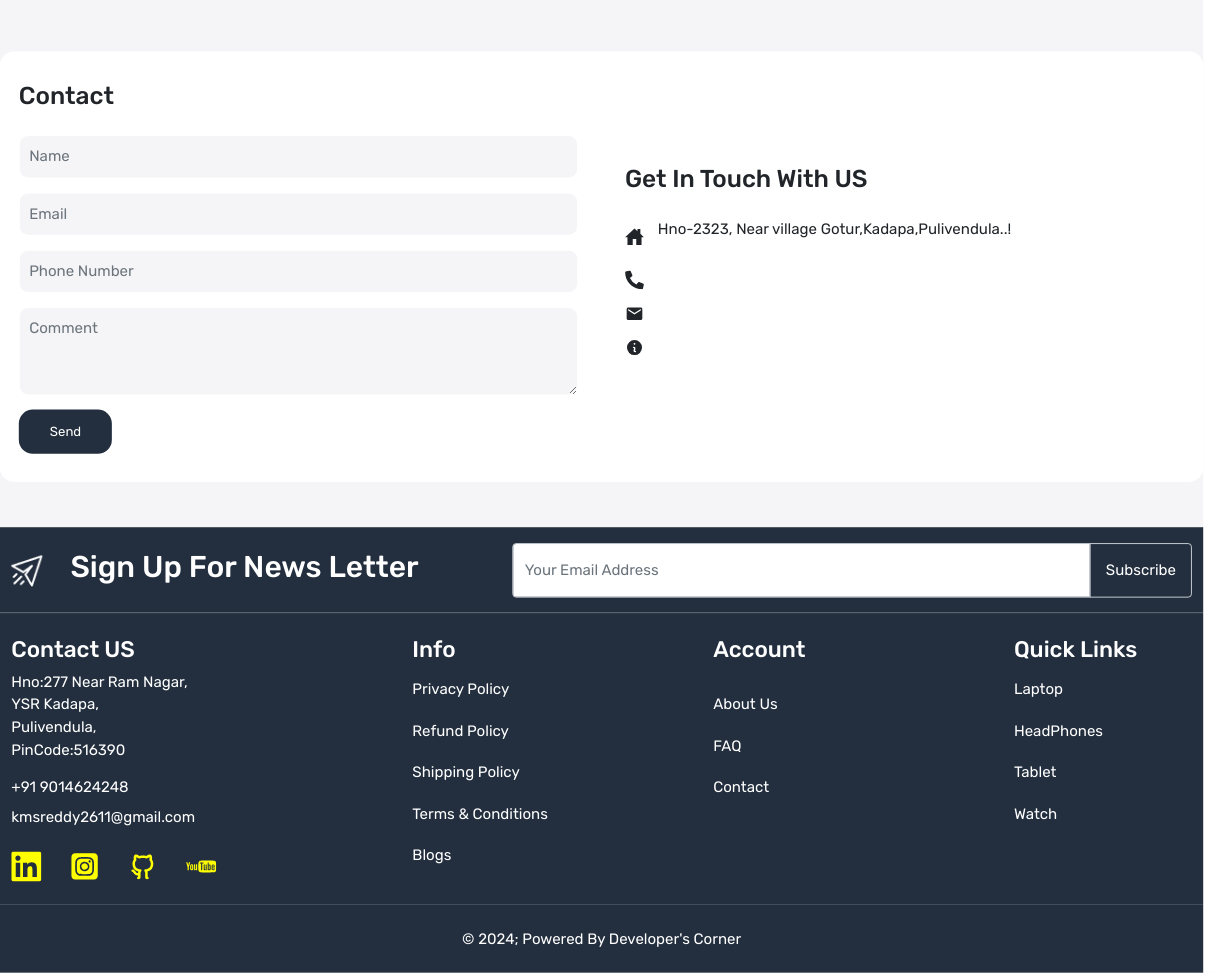
Repository: maniheist/ecommerce-app
Page: /contact
The author's editor kept a copy of each file at every save. The page is drawn from the files as they stood at one save, then again after the next save.
The browser window is 1280 px wide. The page is 1292 px wide, so the pictures cover 1292 px, including what lies to the right of the window. The pictures show the part of the page from y = 787 to 1822 px (the page is 1822 px tall), at 94% of full size.
The project was rebuilt for these pictures with package versions that can differ from the ones it lists, and the page was loaded fresh each time. Also part of the build but not shown: src/components/BlogCard.js, src/components/ProductCard.js, src/components/SpecialProduct.js, src/pages/Home.js, src/pages/About.js, src/pages/OurStore.js, src/pages/Blog.js.

Above is the page before, as saved 2024-02-19 22:07:42.

### public/index.html
<!DOCTYPE html>
<html lang="en">
  <head>
    <meta charset="utf-8" />
    <link rel="icon" href="%PUBLIC_URL%/favicon.ico" />
    <meta name="viewport" content="width=device-width, initial-scale=1" />
    <meta name="theme-color" content="#000000" />
    <meta
      name="description"
      content="Web site created using create-react-app"
    />
    <link rel="apple-touch-icon" href="%PUBLIC_URL%/logo192.png" />

    <link rel="preconnect" href="https://fonts.googleapis.com" />
    <link rel="preconnect" href="https://fonts.gstatic.com" crossorigin />
    <link
      href="https://fonts.googleapis.com/css2?family=Rubik:ital,wght@0,300..900;1,300..900&display=swap"
      rel="stylesheet"
    />
    <link
      href="https://cdn.jsdelivr.net/npm/bootstrap@5.0.2/dist/css/bootstrap.min.css"
      rel="stylesheet"
      integrity="sha384-EVSTQN3/azprG1Anm3QDgpJLIm9Nao0Yz1ztcQTwFspd3yD65VohhpuuCOmLASjC"
      crossorigin="anonymous"
    />
    <link rel="manifest" href="%PUBLIC_URL%/manifest.json" />

    <title>React Redux App</title>
  </head>
  <body>
    <noscript>You need to enable JavaScript to run this app.</noscript>
    <div id="root"></div>
    <script
      src="https://cdn.jsdelivr.net/npm/bootstrap@5.0.2/dist/js/bootstrap.bundle.min.js"
      integrity="sha384-MrcW6ZMFYlzcLA8Nl+NtUVF0sA7MsXsP1UyJoMp4YLEuNSfAP+JcXn/tWtIaxVXM"
      crossorigin="anonymous"
    ></script>
  </body>
</html>

### src/index.js
import React from 'react';
import { createRoot } from 'react-dom/client';

import App from './App';

const container = document.getElementById('root');
const root = createRoot(container);

root.render(

      <App />

);

### src/App.js
import React from 'react';
import './App.css';
import {BrowserRouter,Routes,Route} from "react-router-dom";
import Layout from "./components/Layout";
import Home from "./pages/Home"
import About from "./pages/About"
import Contact from "./pages/Contact"
import OurStore from './pages/OurStore';
import Blog from "./pages/Blog";
function App() {
  return (
    <>
      <BrowserRouter>
        <Routes>
        <Route path="/" element={<Layout />}>
<Route index element={<Home />} />
<Route path="about" element={<About />}/>
<Route path="contact" element={<Contact />}/>
<Route path="store" element={<OurStore />}/>
<Route path="blogs" element={<Blog />}/>


        </Route>

        </Routes>
      </BrowserRouter>
    </>

  );
}

export default App;

### src/App.css
*{
  margin:0;
  padding:0;
  box-sizing:border-box;
}
:root{
  --color-131921:#131921;
  --color-3b4149:#3b4149;
--color-febd69:#fedb69;
--color-232f3e:#232f3e;
--color-bf4800:#bf4800;
--color-f5f5f7:#f5f5f7;
--color-ededed:#ededed;
--color-777777:#777777;
--color-1c1b1b:#1c1b1b;
--color-f2f2f2:#f2f2f2;
}

.section-heading{
  font-size: 26px;
  line-height: 32px;
  font-weight: 500;
  margin-bottom: 30px;

}
.card-wrapper{
  background-color: white;
  box-shadow: 0 0 10px #0000001a;
  padding: 15px;
}

.button{
  background-color:var(--color-232f3e) ;
  color: white;
  padding: 13px 33px;
  font-size: 14px;
  border-radius: 15px;
}
.button:hover{
  background-color: var(--color-febd69);
  color:#131921
}
body {
  font-family:"Rubik", sans-serif;
}
a {
  text-decoration:none;
  display:inline-block;
}

.form-control:focus{
  box-shadow:none;
  border-color: inherit;
}

/*header part*/
.header-top-strip{
  border-bottom: 1px solid var(--color-3b4149);
  background-color:var(--color-131921) ;
}

.header-upper{
  background-color: var(--color-131921);
}

.header-bottom{
  background-color: var(--color-232f3e);
}

.header-upper .input-group-text{
  background-color: var(--color-febd69);
}

.header-upper.header-upper-links img{
  width:35px;
  height: 35px;
}

.gap-10{
  gap: 10px;
}


.gap-15{
  gap: 15px;
}

.gap-30{
  gap: 30px;
}
.header-bottom .menu-links a,
.header-bottom .dropdown button
{
  color: white;
  font-size: 14px;
  line-height: 18px;
  font-weight: 480;
  letter-spacing:0.3;
  text-transform: uppercase;
}

.header-bottom .dropdown button:focus{
  box-shadow: none;
}

.header-bottom .dropdown-menu{
  background-color: var(--color-131921);
  width:100%;
  transform: translate3d(0px,57px,0px) !important;
}

.header-bottom .dropdown-item{
  padding:20px;
  margin-bottom: 3px;
  border-bottom: 1px solid var(--color-3b4149)
  ;

}
.header-bottom .dropdown-item:hover{
  background-color: transparent;
  color: var(--color-febd69) !important;
}
/*header part end */


/*footer part  */

footer{
  background-color: var(--color-232f3e);
}



footer:not(:first-child){
  border-top:1px solid rgba(255,255,255,0.1);

}

footer .input-group-text{
  background-color: var(--color-232f3e);
  color:white;
  padding:8px 17px;
}
/* footer part end */

/*Home page*/

.main-banner-content{
  top:15%;
  left:5%;
}

.main-banner-content h4{

  font-size: 19px;
  font-weight: 400;
  line-height: 24px;
  color:var(--color-bf4800);
  margin: 0 0 12px;
  letter-spacing: 0.3px;
  text-transform: uppercase;

}

.main-banner-content h5{
  font-size: 52px;
  font-weight: 500;
  line-height: 64px;
  letter-spacing: -2px;
  text-transform: none;

}

.main-banner-content p{
  font-size: 18px;
  line-height: 28px;
  letter-spacing: 0.4px;
  font-weight: 100;
  color: var(--color-131921);
}


.small-banner-content{
  top:25%;
  left:10%;
}

.small-banner-content h4{

  font-size: 21px;
  font-weight: 400;
  line-height: 24px;
  color:var(--color-bf4800);
  margin: 0 0 12px;
  letter-spacing: 0.3px;
  text-transform: uppercase;
}
.small-banner-content h5{
  font-size: 33px;
  font-weight: 500;
  line-height: 34px;
  letter-spacing: -2px;
  text-transform: none;

}

.small-banner-content p{
  font-size: 18px;
  line-height: 28px;
  letter-spacing: 0.4px;
  font-weight: 100;
  color: var(--color-131921);
}

.small-banner{
  width: 49%;

}


/* Home wrapper 2 */

.home-wrapper-2{
  background-color: var(--color-f5f5f7);

}

/* Home wrapper 2 ends */

/* categories section */

.categories{
  background-color: white;
  box-shadow: 0 0 10px #0000001a;
  padding: 15px;
}

.categories > div{
  width:25%;
  padding: 10px 10px 10px 20px;
}

.categories > div:nth-child(1),
.categories > div:nth-child(2),
.categories > div:nth-child(3),
.categories > div:nth-child(4){
  border-bottom: 1px solid var(--color-ededed) ;
}

.categories>div>div{
  width:60%
}

.categories > div:nth-child(1),
.categories > div:nth-child(2),
.categories > div:nth-child(3){
  border-right: 1px solid var(--color-ededed) ;
}

.categories > div:nth-child(5),
.categories > div:nth-child(6),
.categories > div:nth-child(7){
  border-right: 1px solid var(--color-ededed) ;
}
/* categories end */

/* Home Page End */


/* Blogcard */

.blog-card{
  background-color: white;
  padding:20px;
  border-radius:10px;
}

.blog-card img{
  border-top-left-radius:10px;
  border-top-right-radius:10px;
}

.blog-content{
  padding: 15px;

}

.blog-contentp.date{
  font-size: 13px;
  line-height: 24px;
  text-transform: uppercase;
  letter-spacing: 0;
  font-weight: 400;
  color: var(--color-777777);
  padding: 0;

}

.blog-content h5{
  font-size: 18px;
  color: var(--color-131921);
}


.blog-content p.desc{
  font-size: 13px;
  line-height: 22px;
  color: var(--color-777777);
}
/*Blogcard ends*/


/* product card */

.product-card{
  padding: 15px;
  background-color: white;
  border-radius: 13px;
overflow:hidden;
width: 100%;
}

.product-card .product-image{
  height: 270px;
}

.product-card .product-image img{
  object-fit: contain;
}
.product-card .product-image> img:last-child{
  display: none;
}
.product-card:hover .product-image > img:nth-child(1){
display: none;

}
.product-card:hover .product-image>img:last-child{
  display: block;


}



.product-card:hover .action-bar{
  right: 15px;

}
.product-card .product-details h6 {
  color:var(--color-bf4800);
  font-size: 13px;



}


.product-card .product-details h5{
  font-size: 15px;
  color: var(--color-1c1b1b);
}

.product-card.product-details p.price{
  font-size: 16px;
  color: var(--color-1c1b1b);
}

.product-card p.description{
  font-size: 13px;
  color: var(--color-777777);
  margin-right: 20px;
}

.action-bar{
  top: 10%;
  right:-23px;
  transition: 0.3s;
}


.wishlist-icon{
  top: 2%;
  right:15px;

}
/* product card ends */

/* special product */

.special-product-card{
  padding:20px 10px;
  border-radius: 10px;
  background-color: white;
}

.special-product-card .badge{
  background-color:#eb353b !important;
}


/* special product ends */

/* famous start */

.famous-card .famous-content{
  top: 10%;
  left: 5%;

}

.famous-card img{
  border-radius: 10px;
}

.famous-content h5{
  font-size: 13px;
  line-height: 20px;
  font-weight: 400px;
  color: white;
  margin-bottom: 7px;
  text-transform: uppercase;

}
.famous-content h6{
  font-size: 24px;
  line-height: 38px;
  font-weight: 500;
  color: white;
}
.famous-content p{
  font-size: 16px;
  line-height: 24px;
  color: white;
  font-weight: 100;
}

/* famous ends */

/* Our Store Start */

.filter-card{
  background-color: white;
  border-radius: 10px;
  padding: 15px 15px 25px;
}

.filter-title{
  font-size: 16px;
  line-height: 20px;
  font-weight: 600;
  color: var(--color-1c1b1b);
  margin-bottom: 20px;
}

.filter-card ul,
.filter-card .form-check-label {
  list-style-type:none;
  font-size: 13px;
  line-height: 30px;
  color: var(--color-777777);
  cursor: pointer;
}

.filter-card .form-check-input:focus{
  box-shadow: none;
  border-color: rgba(0,0,0,0.25);
}
.filter-card .form-check-input:checked{
background-color: var(--color-febd69);
  border-color: var(--color-febd69);

}
.sub-title{
  font-size: 40px;
  font-weight: 600;
  color: var(--color-1c1b1b);
  margin-bottom: 15px;
  margin-top: 20px;
}

.colors{
  list-style-type: none;
  display: flex;
  flex-wrap: wrap;
  gap: 10px;
}
.colors .one{
  width: 20px;
  height: 20px;
  background-color: red;
  border-radius: 50%;
}
.colors .two{
  width: 20px;
  height: 20px;
  background-color: blue;
  border-radius: 50%;
}
.colors  .three{
  width: 20px;
  height: 20px;
  background-color: yellow;
  border-radius: 50%;
}
.colors  .four{
  width: 20px;
  height: 20px;
  background-color: pink;
  border-radius: 50%;
}
.colors  .five{
  width: 20px;
  height: 20px;
  background-color: black;
  border-radius: 50%;
}
.colors  .six{
  width: 20px;
  height: 20px;
  background-color: brown;
  border-radius: 50%;
}

.colors  .seven{
  width: 20px;
  height: 20px;
  background-color:chocolate;
  border-radius: 50%;
}

.random-products h5{
font-size: 14px;
margin-bottom: 8px;
}

.random-products:first-child{
  border-bottom: 1px solid var(--color-ededed);
}

.filter-sort-grid{
  padding: 10px;
  background-color: white;
  border-radius: 10px;
}

.grid img{
  width: 35px;
  height: 35px;
  background-color: var(--color-f2f2f2);
  padding: 8px;
  border-radius: 3px;
  cursor: pointer;
}
.grid img:hover{
  background-color:burlywood;
}

.g-12{
  width: 100%;

}
.gr-6{
  width: 49%;
}
.gr-4{
  width: 32%;
}
.gr-3{
  width: 24%;

}

.gr-12 .product-card{
  display: flex;
  gap:20px;
}
.gr-6 .product-image{
  width: 100%;
}
.gr-6 .product-image img{
  margin: auto;
  display: block;
}
.gr-12 .product-card .product-image{
  width: 270px;
}

.gr-12 .product-card .product-image{
  height: auto;
}
.gr-12 .action-bar{top: 17%;}


/* Our store ends */


/* contact us starts*/

.contact-inner-wrapper{
  padding:30px 20px;
  border-radius: 15px;
  background-color: white;
  gap:15px;
}
.contact-inner-wrapper>div{
  width: 48%;
}

.contact-title{
  font-size: 26px;
  font-weight: 500;
  line-height: 35px;
  text-align: left;

}

.contact-inner-wrapper form .form-control{
  background-color: var(--color-f5f5f7);
  border-radius: 10px;
  border-color: transparent;
  padding: 10px;
}

.contact-inner-wrapper ul{
  list-style: none;
}


/* contact us ends */

### src/components/Layout.js
import React from 'react'
import {Outlet} from "react-router-dom";
import Header from "./Header";
import Footer from "./Footer";
const Layout = () => {
  return (
    <>
            <Header />
            <Outlet />
            <Footer />

    </>
  )
}

export default Layout

### src/pages/Contact.js
import React from 'react'
import BreadCrumb from '../components/BreadCrumb'
import Meta from '../components/Meta';
import { IoHomeSharp } from "react-icons/io5";
import { FaPhoneAlt } from "react-icons/fa";
import { MdEmail } from "react-icons/md";
import { HiMiniInformationCircle } from "react-icons/hi2";
const Contact = () => {
  return <>
    <Meta title={"Contact Us"}></Meta>
    <BreadCrumb title='Contact Us'/>
    <div className='contact-wrapper py-5 home-wrapper-2'>
      <div container-xxl>
        <div className='row'>
          <div className='col-12'>
            <iframe src="https://www.google.com/maps/embed?pb=!1m18!1m12!1m3!1d15456.432357555697!2d78.21833090604169!3d14.420932058421547!2m3!1f0!2f0!3f0!3m2!1i1024!2i768!4f13.1!3m3!1m2!1s0x3bb3ebb7c5835cd9%3A0x3a4854affffebccd!2sPulivendula%2C%20Andhra%20Pradesh!5e0!3m2!1sen!2sin!4v1708358338706!5m2!1sen!2sin" width="600" height="450" className='border:0 w-100' allowFullScreen="" loading="lazy" referrerPolicy="no-referrer-when-downgrade"></iframe>
          </div>
          <div className='col-12 mt-5'>
            <div className='contact-inner-wrapper d-flex justify-content-between align-items-center'>
            <div><h3 className='contact-title mb-4'>Contact </h3>
            <form className='d-flex flex-column gap-15'>
              <div>
                <input type='text' className='form-control' placeholder='Name'></input>
              </div>
              <div>
                <input type='email' className='form-control' placeholder='Email'></input>
              </div>
              <div>
                <input type='tel' className='form-control' placeholder='Phone Number'></input>
              </div>
              <div>
                <textarea name='' className='form-control w-100' id='' cols="30" rows="3" placeholder='Comment'></textarea>
              </div>
              <div>
                <button className='button border-0'>Send</button>
              </div>
            </form>
            </div>
            <div>
            <h3 className='contact-title mb-4'>Get In Touch With US </h3>
            <div>
              <ul className='ps-0'>
                <li className='mb-3 d-flex gap-15 align-items-center'><IoHomeSharp className='fs-5'/>
                <address>Hno-2323, Near village Gotur,Kadapa,Pulivendula..! </address></li>
                <li className='mb-3 d-flex gap-15 align-items-center'><FaPhoneAlt className='fs-5'/></li>
                <li className='mb-3 d-flex gap-15 align-items-center'><MdEmail className='fs-5'/></li>
                <li className='mb-3 d-flex gap-15 align-items-center'><HiMiniInformationCircle className='fs-5'/></li>
              </ul>
            </div>
            </div>


            </div>
          </div>
        </div>
      </div>
    </div>
  </>
}

export default Contact

### src/components/Header.js
import React from 'react'
import {NavLink,Link} from "react-router-dom"
import {BsSearch} from "react-icons/bs"
const Header = () => {
  return <>
  <header className='header-top-strip py-3'>
    <div className='container-xxl'>
      <div className='row'>
        <div className='col-6'>
          <p className='text-white mb-0'>Free Shipping Over $100 & Free Return</p>
        </div>
        <div className='col-6'>
          <p className='text-end text-white mb-0'>
            Hotline:
            <a className='text-white' href='tel:+9014624248'>+91 9014624248</a>
          </p>
        </div>
      </div>
    </div>
  </header>
  <header className='header-upper py-3'>
    <div className='container-xxl'>
      <div className='row align-items-center'>
        <div className='col-2'>
          <h2><Link className='text-white'>
            Dev Corner
          </Link></h2>
        </div>
        <div className='col-5'>
          <div className="input-group">
  <input type="text" className="form-control py-2" placeholder="Search Products Here..." aria-label="Search Products Here..." aria-describedby="basic-addon2"/>
  <span className="input-group-text p-3" id="basic-addon2"><BsSearch className='fs-6' /></span>
</div>
        </div>
        <div className='col-5'>
          <div className='header-upper-links d-flex align-items-center justify-content-between'>
            <div>
              <Link className='d-flex align-items-center gap-10 text-white'>
              <img src="/images/compare.svg" alt='compare' />
                <p className='mb-0'>Compare <br /> Products</p>
              </Link>
            </div>
            <div>
              <Link className='d-flex align-items-center gap-10 text-white'>
              <img src="/images/wishlist.svg" alt='wishlist' />
                <p className='mb-0'>Favorite <br /> Wishlist</p>
              </Link>
            </div>
            <div>
              <Link className='d-flex align-items-center gap-10 text-white'>
              <img src="/images/user.svg" alt='user' />
                <p className='mb-0'>Login <br /> My Account</p>
              </Link>
            </div>
            <div>
              <Link className='d-flex align-items-center gap-10 text-white'>
            <img src="/images/cart.svg" alt='cart' />
                <div className='d-flex flex-column gap-10'>
                <span className='badge bg-white text-dark'>0</span>
                <p className='mb-0'>$ 500</p>

                </div>
              </Link>
            </div>
          </div>
        </div>
      </div>
    </div>
  </header>
<header className='header-bottom py-3'>
  <div className='container-xxl'>
    <div className='row'>
      <div className='col-12'>
        <div className='menu-bottom d-flex align-items-center gap-30'>
        <div>
          <div className="dropdown">
  <button className="btn btn-secondary dropdown-toggle bg-transparent border-0 gap-15 d-flex align-items-center" type="button" id="dropdownMenuButton1" data-bs-toggle="dropdown" aria-expanded="false">
    <img src="images/menu.svg" alt=""/><span className='me-5 d-inline-blocto'>hopping Categories</span>
  </button>
  <ul className="dropdown-menu" aria-labelledby="dropdownMenuButton1">
    <li><to className="dropdown-item text-white" to="">Pants</to></li>
    <li><to className="dropdown-item text-white" to="">Shirts</to></li>
    <li><to className="dropdown-item text-white" to="">Shorts</to></li>
  </ul>
</div>
        </div>
        <div className='menu-links'>
          <div className='d-flex align-items-center gap-15'>
            <NavLink className='text-white' to="/">Home</NavLink>
            <NavLink className='text-white' to="/store">Our Store</NavLink>
            <NavLink className='text-white' to="/blogs">Blogs</NavLink>
            <NavLink className='text-white' to="/contact">Contact</NavLink>
          </div>
        </div>

        </div>
      </div>
    </div>
  </div>
</header>


  </>
}

export default Header

### src/components/BreadCrumb.js
import React from 'react'
import {Link} from 'react-router-dom';
const BreadCrumb = (props) => {
    const {title}=props;
  return (
    <div className='breadcrumb mb-0 py-4'>
      <div className='container-xxl'>
        <div className='row'>
            <div className='col-12'>
                <p className='text-center mb-0'><Link to='/' className='text-dark'>Home &nbsp; </Link> / {title}</p>
            </div>
        </div>
      </div>
    </div>
  )
}

export default BreadCrumb

### src/components/Meta.js

import React from 'react'
import {Helmet} from "react-helmet";

const Meta = (props) => {
  return (
    <Helmet>
                <meta charSet="utf-8" />
                <title>{props.title}</title>
            </Helmet>
  )
}

export default Meta

Loaded but not shown: src/components/Footer.js (104 lines, source omitted)

After the next save:
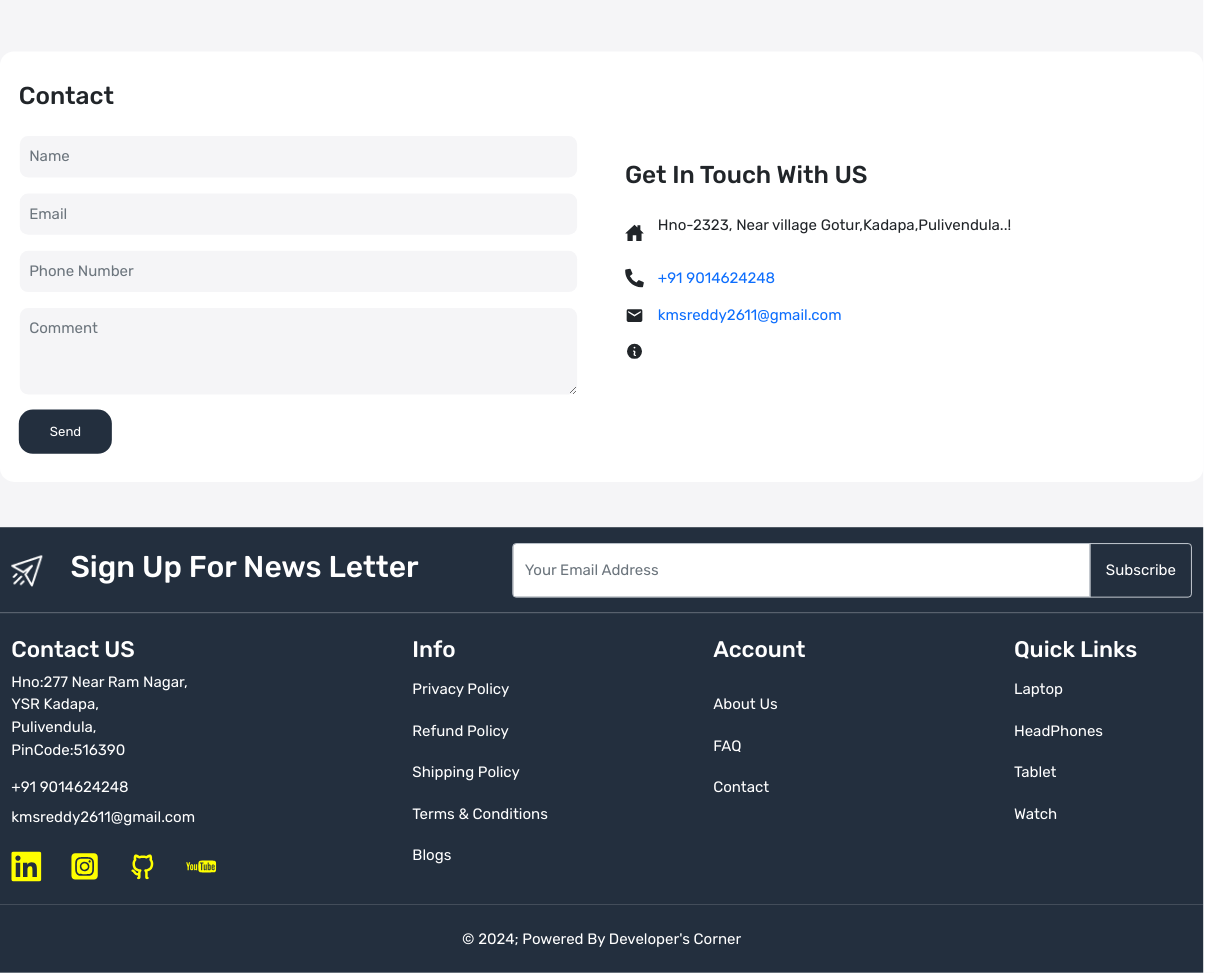
Saved 119 s later.
--- a/src/pages/Contact.js
+++ b/src/pages/Contact.js
@@ -42,8 +42,12 @@
               <ul className='ps-0'>
                 <li className='mb-3 d-flex gap-15 align-items-center'><IoHomeSharp className='fs-5'/>
                 <address>Hno-2323, Near village Gotur,Kadapa,Pulivendula..! </address></li>
-                <li className='mb-3 d-flex gap-15 align-items-center'><FaPhoneAlt className='fs-5'/></li>
-                <li className='mb-3 d-flex gap-15 align-items-center'><MdEmail className='fs-5'/></li>
+                <li className='mb-3 d-flex gap-15 align-items-center'><FaPhoneAlt className='fs-5'/>
+                <a href='tel:+91 9014624248'>+91 9014624248</a>
+                </li>
+                <li className='mb-3 d-flex gap-15 align-items-center'><MdEmail className='fs-5'/>
+                <a href='mailto:kmsreddy2611@gmail.com'>kmsreddy2611@gmail.com</a>
+                </li>
                 <li className='mb-3 d-flex gap-15 align-items-center'><HiMiniInformationCircle className='fs-5'/></li>
               </ul>
             </div>
